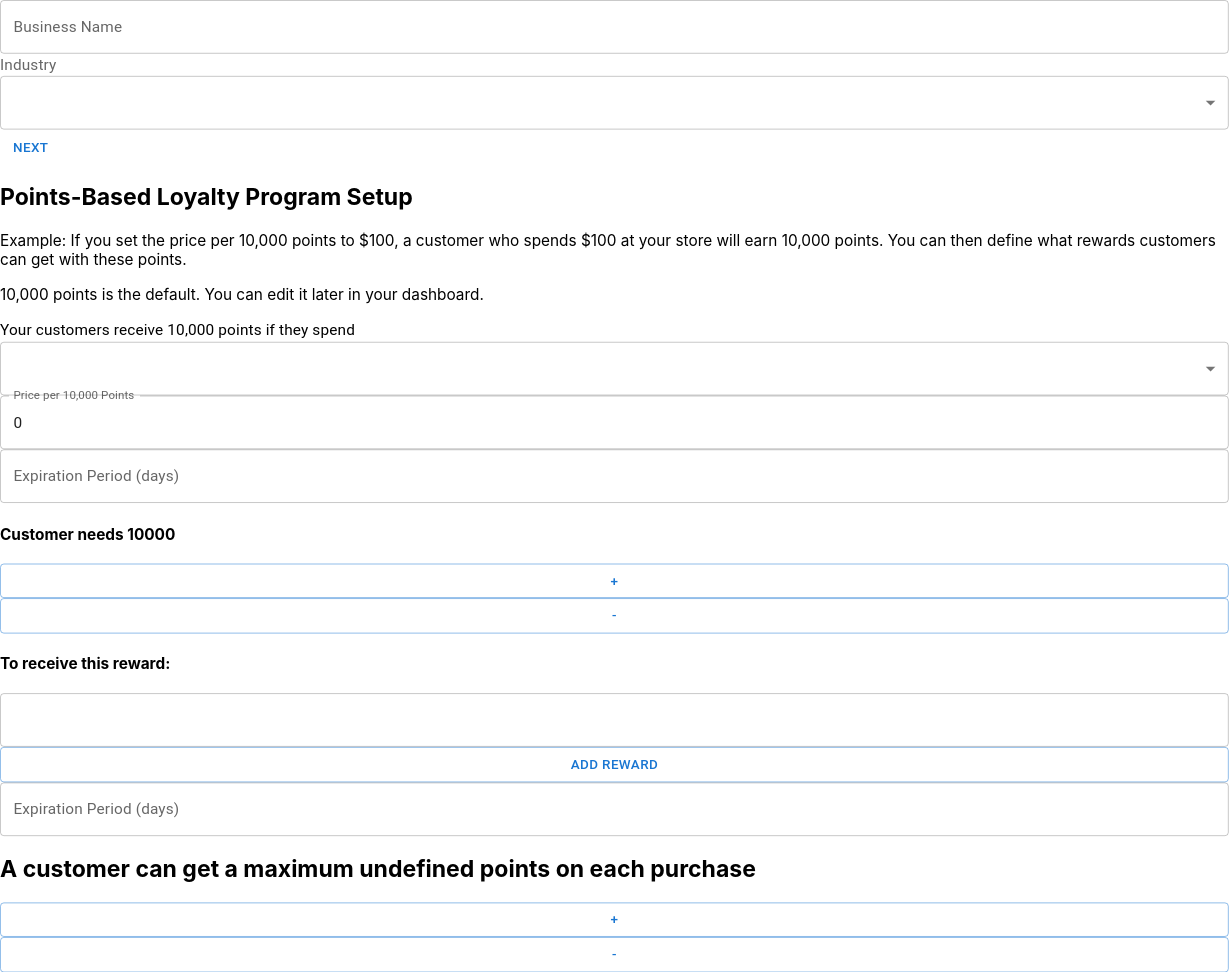
Repository: Armstrong2035/loyaltyTrackr
Page: /onboarding (app in loyalty-trackr/)
These files come from the project's save history. The page is drawn as it stood at one moment and after the next save; the edit follows.
The browser window is 1280 px wide. The pictures show the whole page, at 96% of full size.
The project was rebuilt for these pictures with package versions that can differ from the ones it lists, and the page was loaded fresh each time. Also part of the build but not shown: loyalty-trackr/src/firebase.js, loyalty-trackr/src/Authentication/Signup.js, loyalty-trackr/src/Home/Home.js, loyalty-trackr/src/Authentication/Login.js.

Above is the page before, as saved 2024-06-07 12:54:46.

### loyalty-trackr/src/App.js
import React from "react";
import { Signup } from "./Authentication/Signup";
import { HomePage } from "./Home/Home";
import { BusinessDetails } from "./Onboarding/BusinessDetails/BusinessDetails";
import Login from "./Authentication/Login";
import { Route, Routes } from "react-router-dom";
import { Onboarding } from "./Onboarding/Onboarding";

function App() {
  return (
    <>
      <Routes>
        <Route path="/" element={<HomePage />} />
        <Route path="/signup" element={<Signup />} />
        <Route path="/login" element={<Login />} />
        <Route path="/onboarding" element={<Onboarding />} />
      </Routes>
    </>
  );
}

export default App;

### loyalty-trackr/src/Onboarding/BusinessDetails/BusinessDetails.js
import React, { useState } from "react";
import {
  Button,
  FormGroup,
  InputLabel,
  MenuItem,
  Select,
  TextField,
} from "@mui/material";

const industryList = [
  "Retail",
  "Food and Beverage",
  "Health and Wellness",
  "Automotive",
  "Home Services",
  "Education and Training",
  "Entertainment and Recreation",
  "E-commerce and Online Retail",
];

export const BusinessDetails = () => {
  const [name, setName] = useState("");
  const [industry, setIndustry] = useState("");

  const handleNameChange = (e) => {
    const name = e.target.value;
    setName(name);
  };

  const handleIndustryChange = (e) => {
    const industry = e.target.value;
    setIndustry(industry);
  };

  return (
    <div>
      <FormGroup>
        <TextField
          id="business-name"
          label="Business Name"
          variant="outlined"
          value={name}
          onChange={handleNameChange}
        />

        <InputLabel id="industry">Industry</InputLabel>
        <Select
          id="select-industry"
          value={industry}
          label="Industry"
          onChange={handleIndustryChange}
        >
          {industryList.map((industry) => (
            <MenuItem value={industry}>{`${industry}`}</MenuItem>
          ))}
        </Select>
      </FormGroup>

      <Button>Next</Button>
    </div>
  );
};

### loyalty-trackr/src/Onboarding/Onboarding.js
import React from "react";
import { LoyaltySetup } from "./LoyaltySetup/LoyaltySetup";
import { BusinessDetails } from "./BusinessDetails/BusinessDetails";

export const Onboarding = () => {
  return (
    <div>
      <BusinessDetails />
      <LoyaltySetup />
    </div>
  );
};

### loyalty-trackr/src/Onboarding/LoyaltySetup/LoyaltySetup.js
import React, { useState } from "react";
import { PointsBased } from "./PointsBased/PointsBased";

export const LoyaltySetup = () => {
  return (
    <>
      <PointsBased />
    </>
  );
};

### loyalty-trackr/src/Onboarding/LoyaltySetup/PointsBased/PointsBased.js
import { Typography } from "@mui/material";
import React from "react";
import { PointsPerPurchase } from "../PointsBased/PointsPerPurchase";
import { RedemptionOption } from "./RedemptionOptions";
import { Conditions } from "./Conditions";

export const PointsBased = () => {
  return (
    <>
      <h2>Points-Based Loyalty Program Setup</h2>

      <p>
        Example: If you set the price per 10,000 points to $100, a customer who
        spends $100 at your store will earn 10,000 points. You can then define
        what rewards customers can get with these points.
      </p>

      <p>
        10,000 points is the default. You can edit it later in your dashboard.
      </p>

      <PointsPerPurchase />
      <RedemptionOption />
      <Conditions />
    </>
  );
};

### loyalty-trackr/src/Onboarding/LoyaltySetup/PointsBased/PointsPerPurchase.js
import {
  FormGroup,
  TextField,
  Select,
  Typography,
  MenuItem,
} from "@mui/material";
import React, { useState } from "react";
import { currencies } from "../../../Utility/currencies";

export const PointsPerPurchase = () => {
  const [currency, setCurrency] = useState("");
  const [price, setPrice] = useState(0);
  const [expirationPeriod, setExpirationPeriod] = useState();
  const [maximumPointsPerPurchase, setMaximumPointsPerPurchase] = useState();

  const currencyArray = currencies;

  const pointsPerPurchase = {
    points: 10000,
    pricePerPurchase: {
      amount: price,
      currency: currency,
      expiry: expirationPeriod,
      maximum: maximumPointsPerPurchase,
    },
  };

  console.log(pointsPerPurchase);

  return (
    <>
      <div>
        <Typography>
          Your customers receive 10,000 points if they spend
        </Typography>

        <FormGroup>
          <Select
            id="select-currency"
            value={currency}
            label="Currency"
            onChange={(e) => setCurrency(e.target.value)}
          >
            {currencyArray.map((currency) => (
              <MenuItem value={currency}>{`${currency}`}</MenuItem>
            ))}
          </Select>

          <TextField
            id="price"
            label="Price per 10,000 Points"
            variant="outlined"
            value={price}
            type="number"
            onChange={(e) => setPrice(e.target.value)}
          />

          <TextField
            id="expiration-period"
            label="Expiration Period (days)"
            type="number"
            value={expirationPeriod}
            onChange={(e) => setExpirationPeriod(e.target.value)}
          />
        </FormGroup>
      </div>
    </>
  );
};

### loyalty-trackr/src/Onboarding/LoyaltySetup/PointsBased/RedemptionOptions.js
import { Button, FormGroup, Stack, TextField } from "@mui/material";
import React, { useState } from "react";

/* Create array
    Add new object to array
        Object should have the following:
            Points needed
            Gift to redeem
*/

export const RedemptionOption = () => {
  const [redemptionOptions, setRedemptionOptions] = useState([]);

  let [pointsNeeded, setPointsNeeded] = useState(10000);
  const [reward, setReward] = useState("");

  const increaseRequirePoints = () => {
    setPointsNeeded(() => (pointsNeeded += 100));
  };

  const decreaseRequiredPoints = () => {
    setPointsNeeded(() => (pointsNeeded -= 100));
  };

  const handleRewardChange = (e) => {
    setReward(e.target.value);
  };

  const addRedemptionOption = () => {
    const redemptionOptionInstance = {
      points: pointsNeeded,
      reward: reward,
    };

    setRedemptionOptions((prev) => [...prev, redemptionOptionInstance]);
  };

  console.log(redemptionOptions);

  return (
    <div>
      <Stack>
        <h4>{`Customer needs ${pointsNeeded}`}</h4>
        <Button variant="outlined" onClick={increaseRequirePoints}>
          +
        </Button>
        <Button variant="outlined" onClick={decreaseRequiredPoints}>
          -
        </Button>

        <h4>To receive this reward:</h4>
        <TextField id="reward" value={reward} onChange={handleRewardChange} />

        <Button variant="outlined" onClick={addRedemptionOption}>
          Add reward
        </Button>
      </Stack>
    </div>
  );
};

### loyalty-trackr/src/Onboarding/LoyaltySetup/PointsBased/Conditions.js
import { FormGroup, TextField, Button } from "@mui/material";
import React, { useState } from "react";

export const Conditions = () => {
  const [expirationPeriod, setExpirationPeriod] = useState();
  let [maximumPointsPerPurchase, setMaximumPointsPerPurchase] = useState();
  const [conditions, setConditions] = useState();

  const increaseMaximumPoints = () => {
    setMaximumPointsPerPurchase(() => (maximumPointsPerPurchase += 100));
  };

  const decreaseMaximumPoints = () => {
    setMaximumPointsPerPurchase(() => (maximumPointsPerPurchase -= 100));
  };

  const handleConditionsChange = () => {
    const conditions = {
      pointsExpiry: expirationPeriod,
      maximumPointsObtainable: maximumPointsPerPurchase,
    };

    setConditions(conditions);
  };

  return (
    <div>
      <FormGroup>
        <TextField
          id="expiration-period"
          label="Expiration Period (days)"
          type="number"
          value={expirationPeriod}
          onChange={(e) => setExpirationPeriod(e.target.value)}
        />

        <h2>{`A customer can get a maximum ${maximumPointsPerPurchase} points on each purchase `}</h2>

        <Button variant="outlined" onClick={increaseMaximumPoints}>
          +
        </Button>
        <Button variant="outlined" onClick={decreaseMaximumPoints}>
          -
        </Button>
      </FormGroup>
    </div>
  );
};

### loyalty-trackr/src/Utility/currencies.js
export const currencies = [
  "Afghan Afghani (AFN)",
  "Albanian Lek (ALL)",
  "Algerian Dinar (DZD)",
  "Angolan Kwanza (AOA)",
  "Argentine Peso (ARS)",
  "Armenian Dram (AMD)",
  "Aruban Florin (AWG)",
  "Australian Dollar (AUD)",
  "Azerbaijani Manat (AZN)",
  "Bahamian Dollar (BSD)",
  "Bahraini Dinar (BHD)",
  "Bangladeshi Taka (BDT)",
  "Barbadian Dollar (BBD)",
  "Belarusian Ruble (BYN)",
  "Belize Dollar (BZD)",
  "Bermudian Dollar (BMD)",
  "Bhutanese Ngultrum (BTN)",
  "Bolivian Boliviano (BOB)",
  "Bosnia-Herzegovina Convertible Mark (BAM)",
  "Botswana Pula (BWP)",
  "Brazilian Real (BRL)",
  "Brunei Dollar (BND)",
  "Bulgarian Lev (BGN)",
  "Burundian Franc (BIF)",
  "Cambodian Riel (KHR)",
  "Canadian Dollar (CAD)",
  "Cape Verdean Escudo (CVE)",
  "Cayman Islands Dollar (KYD)",
  "Central African CFA Franc (XAF)",
  "Chilean Peso (CLP)",
  "Chinese Yuan (CNY)",
  "Colombian Peso (COP)",
  "Comorian Franc (KMF)",
  "Congolese Franc (CDF)",
  "Costa Rican Colón (CRC)",
  "Croatian Kuna (HRK)",
  "Cuban Peso (CUP)",
  "Czech Koruna (CZK)",
  "Danish Krone (DKK)",
  "Djiboutian Franc (DJF)",
  "Dominican Peso (DOP)",
  "East Caribbean Dollar (XCD)",
  "Egyptian Pound (EGP)",
  "Eritrean Nakfa (ERN)",
  "Ethiopian Birr (ETB)",
  "Euro (EUR)",
  "Falkland Islands Pound (FKP)",
  "Fiji Dollar (FJD)",
  "Gambian Dalasi (GMD)",
  "Georgian Lari (GEL)",
  "Ghanaian Cedi (GHS)",
  "Gibraltar Pound (GIP)",
  "Guatemalan Quetzal (GTQ)",
  "Guinean Franc (GNF)",
  "Guyanese Dollar (GYD)",
  "Haitian Gourde (HTG)",
  "Honduran Lempira (HNL)",
  "Hong Kong Dollar (HKD)",
  "Hungarian Forint (HUF)",
  "Icelandic Króna (ISK)",
  "Indian Rupee (INR)",
  "Indonesian Rupiah (IDR)",
  "Iranian Rial (IRR)",
  "Iraqi Dinar (IQD)",
  "Israeli New Shekel (ILS)",
  "Jamaican Dollar (JMD)",
  "Japanese Yen (JPY)",
  "Jordanian Dinar (JOD)",
  "Kazakhstani Tenge (KZT)",
  "Kenyan Shilling (KES)",
  "Kuwaiti Dinar (KWD)",
  "Kyrgyzstani Som (KGS)",
  "Lao Kip (LAK)",
  "Lebanese Pound (LBP)",
  "Lesotho Loti (LSL)",
  "Liberian Dollar (LRD)",
  "Libyan Dinar (LYD)",
  "Macanese Pataca (MOP)",
  "Macedonian Denar (MKD)",
  "Malagasy Ariary (MGA)",
  "Malawian Kwacha (MWK)",
  "Malaysian Ringgit (MYR)",
  "Maldivian Rufiyaa (MVR)",
  "Mauritanian Ouguiya (MRU)",
  "Mauritian Rupee (MUR)",
  "Mexican Peso (MXN)",
  "Moldovan Leu (MDL)",
  "Mongolian Tugrik (MNT)",
  "Moroccan Dirham (MAD)",
  "Mozambican Metical (MZN)",
  "Myanmar Kyat (MMK)",
  "Namibian Dollar (NAD)",
  "Nepalese Rupee (NPR)",
  "Netherlands Antillean Guilder (ANG)",
  "New Taiwan Dollar (TWD)",
  "New Zealand Dollar (NZD)",
  "Nicaraguan Córdoba (NIO)",
  "Nigerian Naira (NGN)",
  "North Korean Won (KPW)",
  "Norwegian Krone (NOK)",
  "Omani Rial (OMR)",
  "Pakistani Rupee (PKR)",
  "Panamanian Balboa (PAB)",
  "Papua New Guinean Kina (PGK)",
  "Paraguayan Guaraní (PYG)",
  "Peruvian Sol (PEN)",
  "Philippine Peso (PHP)",
  "Polish Złoty (PLN)",
  "Pound Sterling (GBP)",
  "Qatari Riyal (QAR)",
  "Romanian Leu (RON)",
  "Russian Ruble (RUB)",
  "Rwandan Franc (RWF)",
  "Saint Helena Pound (SHP)",
  "Salvadoran Colón (SVC)",
  "Samoan Tala (WST)",
  "São Tomé and Príncipe Dobra (STN)",
  "Saudi Riyal (SAR)",
  "Serbian Dinar (RSD)",
  "Seychellois Rupee (SCR)",
  "Sierra Leonean Leone (SLL)",
  "Singapore Dollar (SGD)",
  "Solomon Islands Dollar (SBD)",
  "Somali Shilling (SOS)",
  "South African Rand (ZAR)",
  "South Korean Won (KRW)",
  "South Sudanese Pound (SSP)",
  "Sri Lankan Rupee (LKR)",
  "Sudanese Pound (SDG)",
  "Surinamese Dollar (SRD)",
  "Swazi Lilangeni (SZL)",
  "Swedish Krona (SEK)",
  "Swiss Franc (CHF)",
  "Syrian Pound (SYP)",
  "Tajikistani Somoni (TJS)",
  "Tanzanian Shilling (TZS)",
  "Thai Baht (THB)",
  "Tongan Paanga (TOP)",
  "Trinidad and Tobago Dollar (TTD)",
  "Tunisian Dinar (TND)",
  "Turkish Lira (TRY)",
  "Turkmenistan Manat (TMT)",
  "Ugandan Shilling (UGX)",
  "Ukrainian Hryvnia (UAH)",
  "United Arab Emirates Dirham (AED)",
  "United States Dollar (USD)",
  "Uruguayan Peso (UYU)",
  "Uzbekistani Som (UZS)",
  "Vanuatu Vatu (VUV)",
  "Venezuelan Bolívar Soberano (VES)",
  "Vietnamese Đồng (VND)",
  "West African CFA franc (XOF)",
  "Yemeni Rial (YER)",
  "Zambian Kwacha (ZMW)",
  "Zimbabwean Dollar (ZWL)",
];

Loaded but not shown: loyalty-trackr/public/index.html (common file); loyalty-trackr/src/index.js (common file); loyalty-trackr/src/index.css (common file); loyalty-trackr/src/reportWebVitals.js (common file)

After the next save:
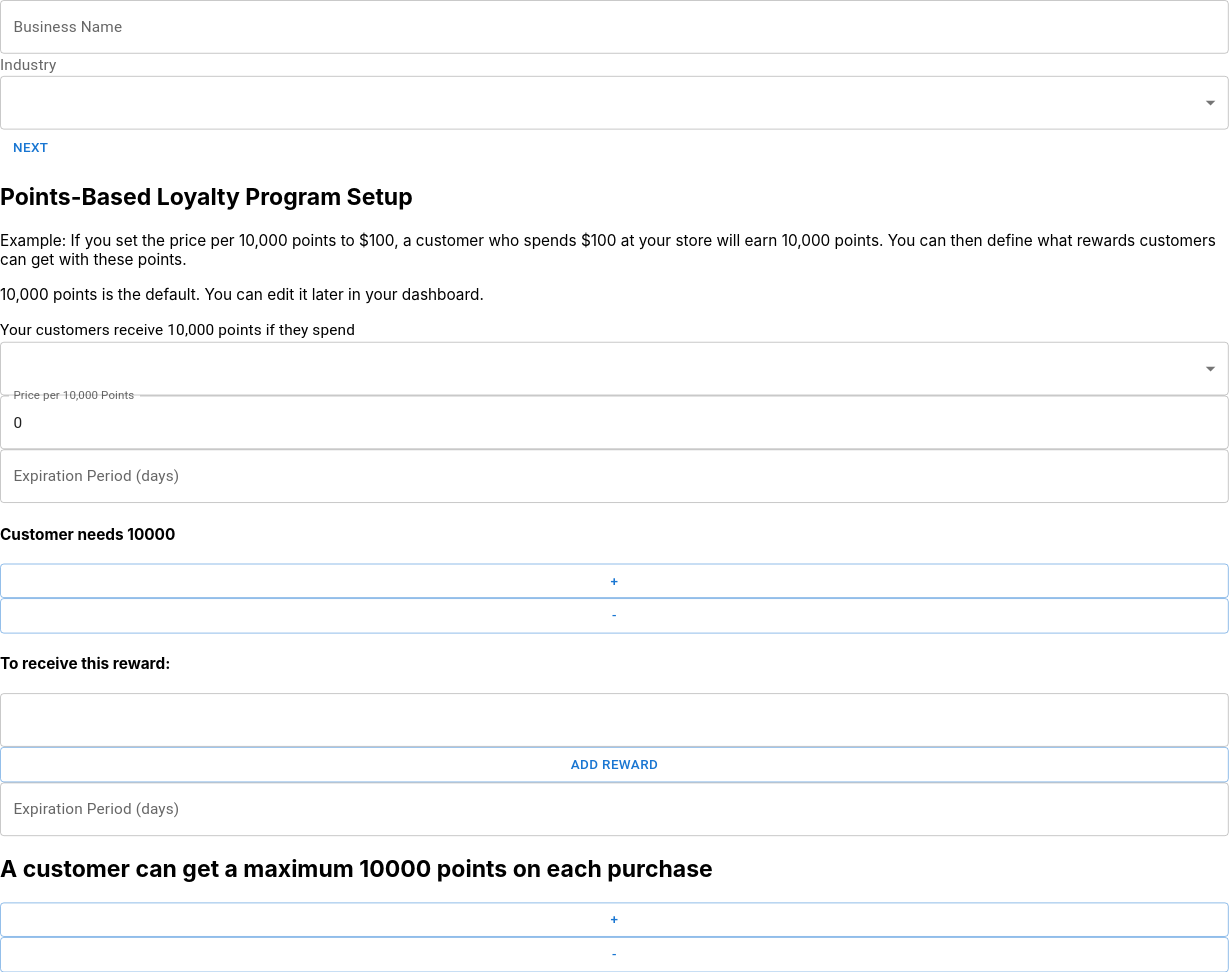
Saved 15 s later.
--- a/loyalty-trackr/src/Onboarding/LoyaltySetup/PointsBased/Conditions.js
+++ b/loyalty-trackr/src/Onboarding/LoyaltySetup/PointsBased/Conditions.js
@@ -3,7 +3,7 @@ import React, { useState } from "react";
 
 export const Conditions = () => {
   const [expirationPeriod, setExpirationPeriod] = useState();
-  let [maximumPointsPerPurchase, setMaximumPointsPerPurchase] = useState();
+  let [maximumPointsPerPurchase, setMaximumPointsPerPurchase] = useState(10000);
   const [conditions, setConditions] = useState();
 
   const increaseMaximumPoints = () => {
